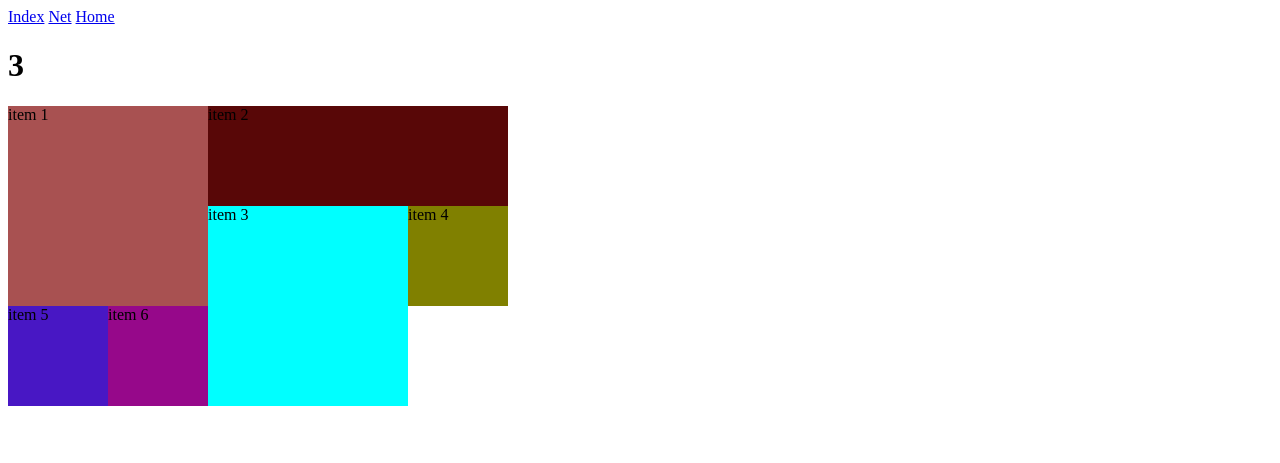
Repository: Nguyen-Toan-2004/du-an-test
Page: product.htm
These files come from the project's save history. The page is drawn as it stood at one moment and after a run of saves; the edit follows.
The browser window is 1280 px wide. The pictures show the whole page.

Above is the page before, as saved 2025-10-22 20:07:30.

After the next 6 saves:
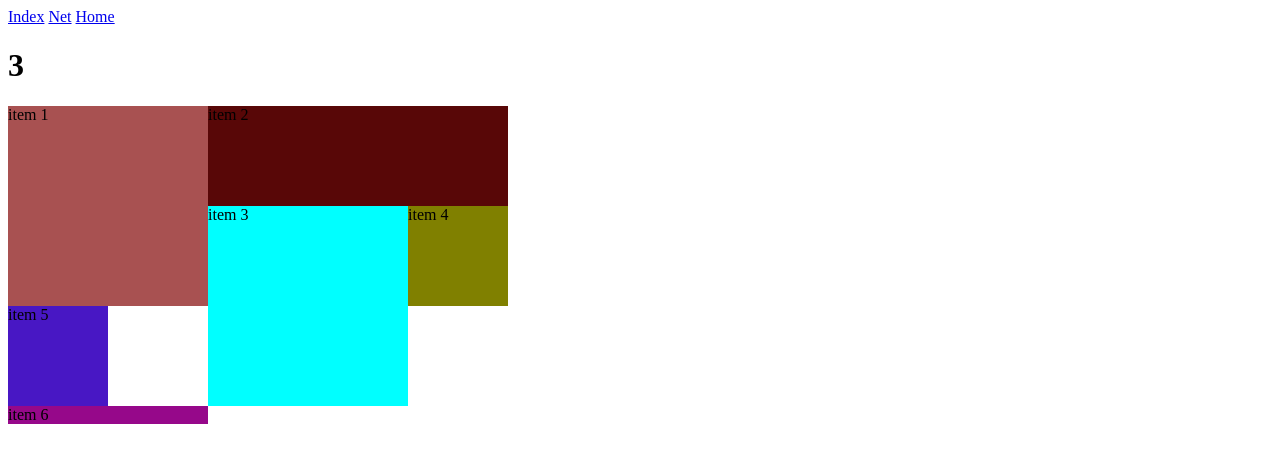
The 6 saves are shown as one change because they came seconds apart.
The last was saved 8 s later.
--- a/product.htm
+++ b/product.htm
@@ -49,7 +49,7 @@
       }
       .box6{
         background: #96088a;
-        gc
+        grid-column-start: 1;
         grid-column-end:3 ;
       }
     </style>

After the save that followed:
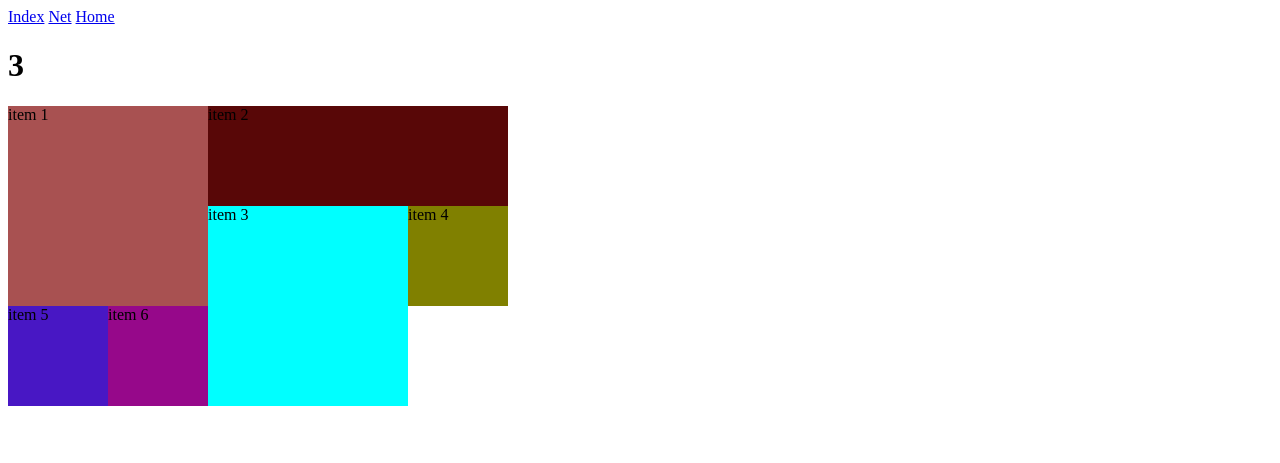
Saved 10 s later.
--- a/product.htm
+++ b/product.htm
@@ -49,8 +49,6 @@
       }
       .box6{
         background: #96088a;
-        grid-column-start: 1;
-        grid-column-end:3 ;
       }
     </style>
     <div class="container">
